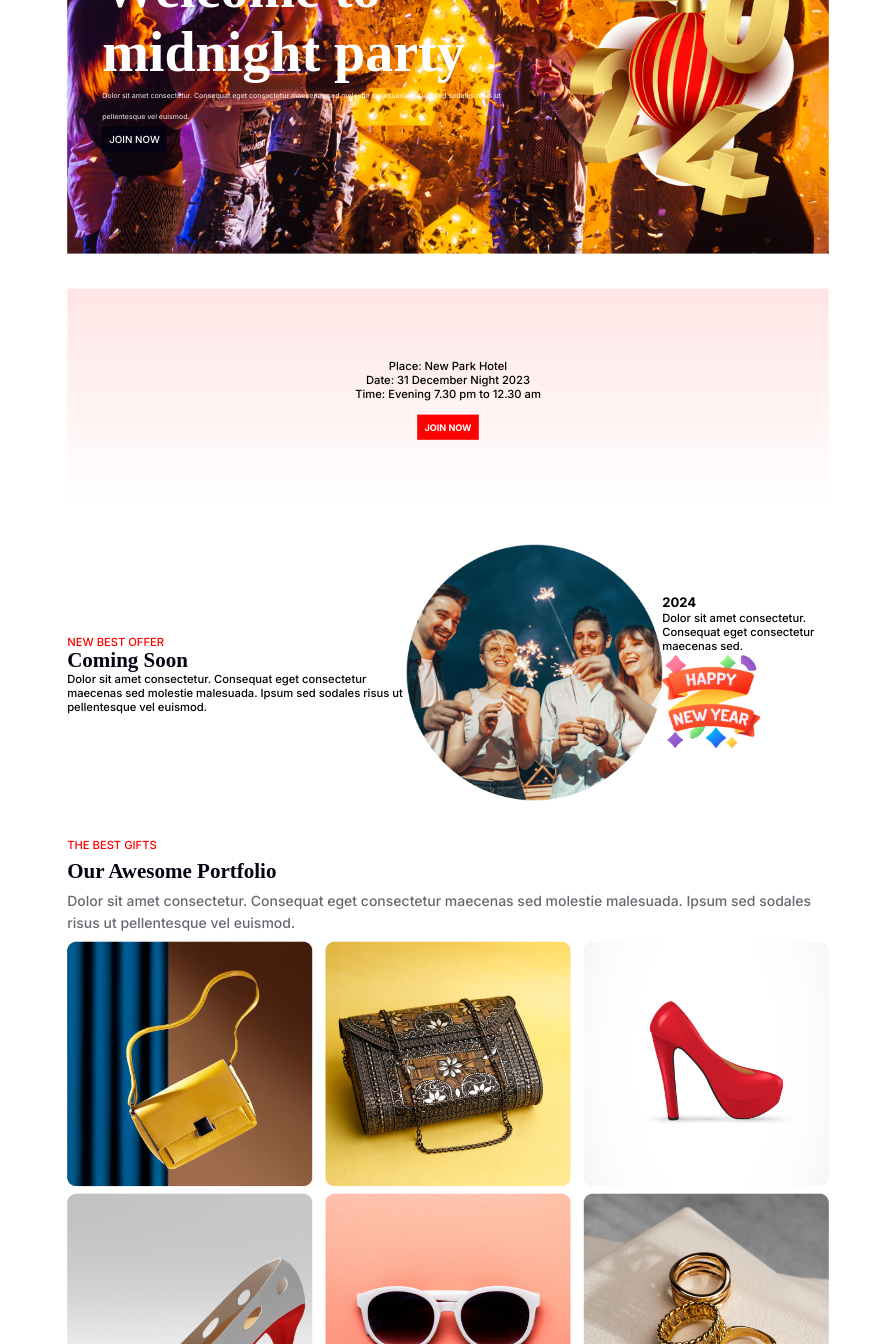
Repository: sumonkumarsarkar/new-year-2024
Page: index.html
These files come from the project's save history. The page is drawn as it stood at one moment and after the next save; the edit follows.
The browser window is 1280 px wide. The pictures show the part of the page from y = 1656 to 3576 px (the page is 4879 px tall), at 70% of full size.

Above is the page before, as saved 2024-01-08 16:16:41.

After the next save:
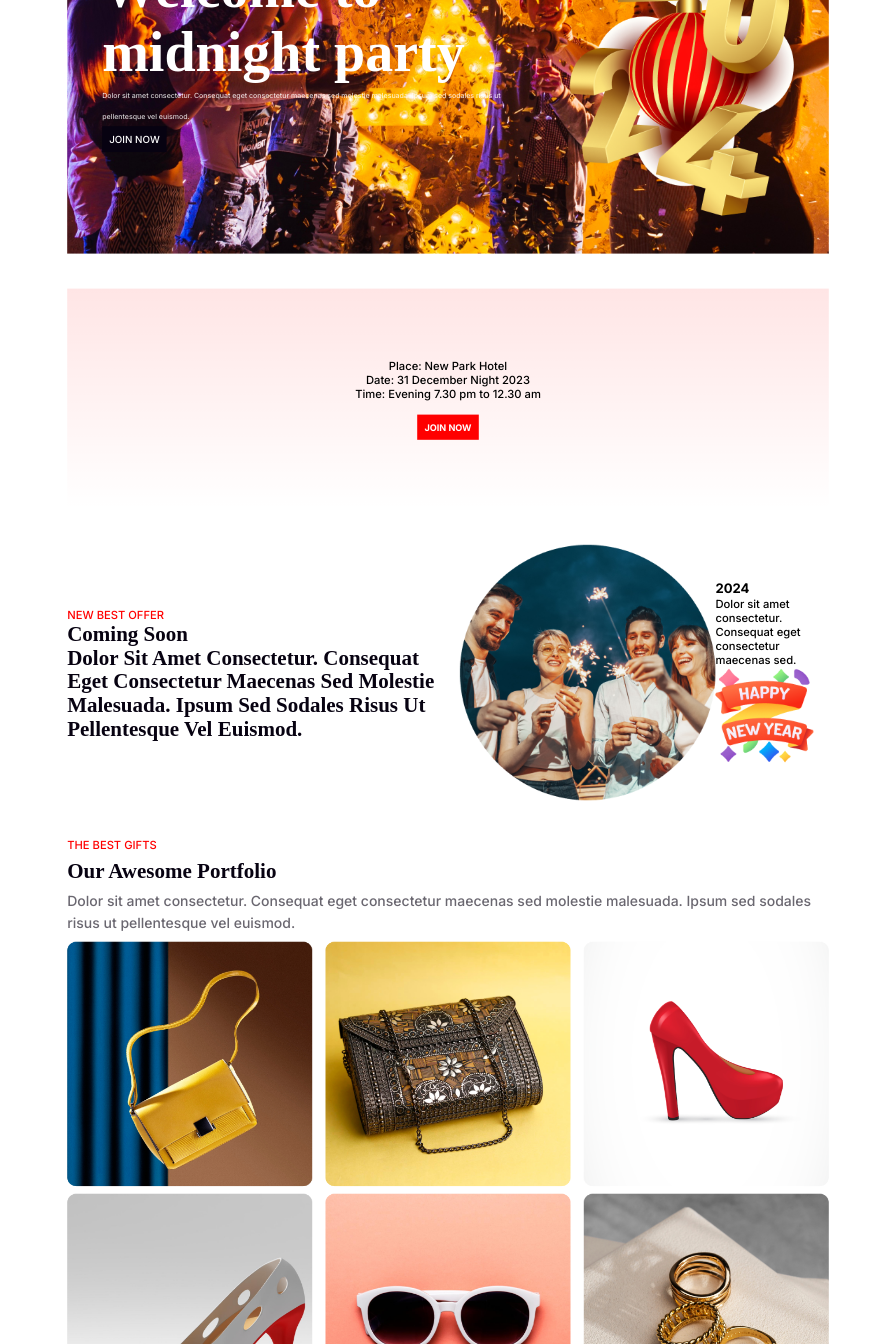
Saved 31 s later.
--- a/style.css
+++ b/style.css
@@ -222,6 +222,16 @@ line-height: normal;
     line-height: normal;
     text-transform: capitalize;
 }
+.offer-text p{
+    color: #070211;
+    font-family: Merriweather;
+    font-size:30px;
+    font-style: normal;
+    font-weight: 900;
+    line-height: normal;
+    text-transform: capitalize;
+}
+
 
 
 
